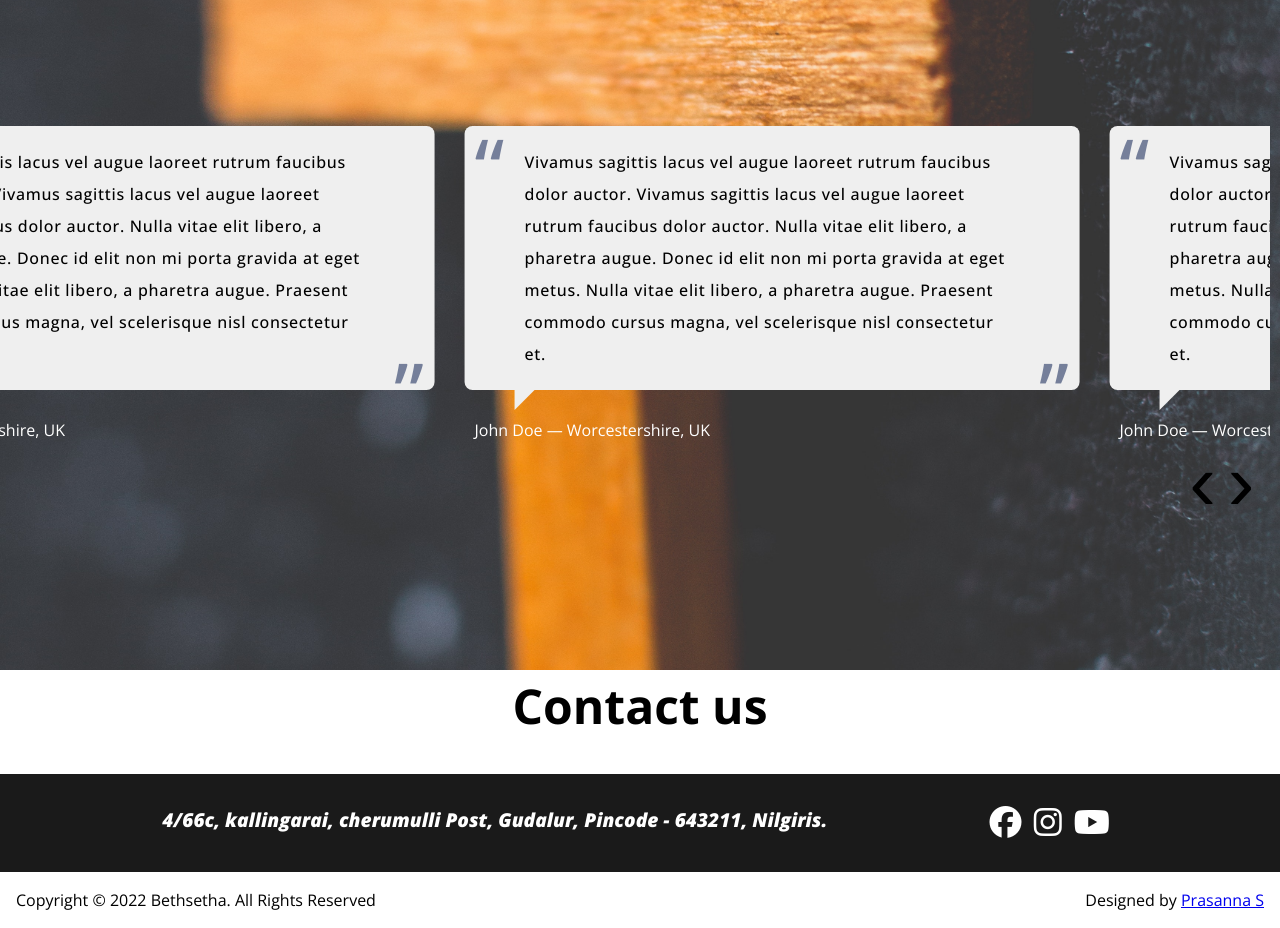
Repository: Imprasna/church
Page: index.html
The author's editor kept a copy of each file at every save. The page is drawn from the files as they stood at one save, then again after the next save.
The browser window is 1280 px wide. The pictures show the part of the page from y = 3196 to 4148 px (the page is 4124 px tall before and 4148 px after).
A picture or video elsewhere on the page could not be fetched, so the positions and the page height are approximate. Some web libraries are served in a nearby version.

Above is the page before, as saved 2022-01-24 23:24:53.

After the next save:
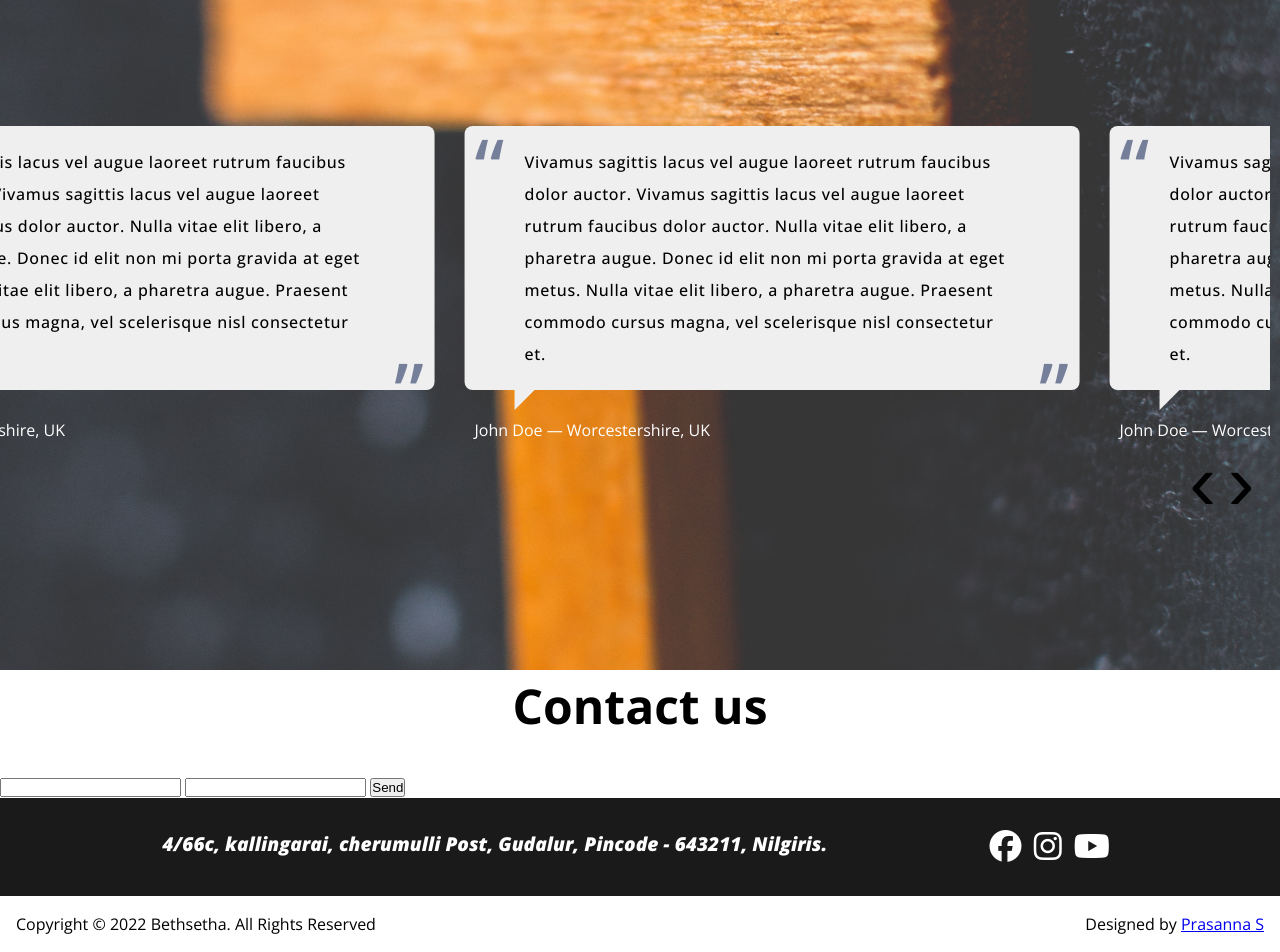
Saved 12 s later.
--- a/index.html
+++ b/index.html
@@ -508,7 +508,9 @@
 
         <div class="form">
           <form action="https://formsubmit.co/prasanna@sibbc.org" method="POST">
-
+            <input type="text" name="name" required>
+     <input type="email" name="email" required>
+     <button type="submit">Send</button>
           </form>
         </div>
       </div>
